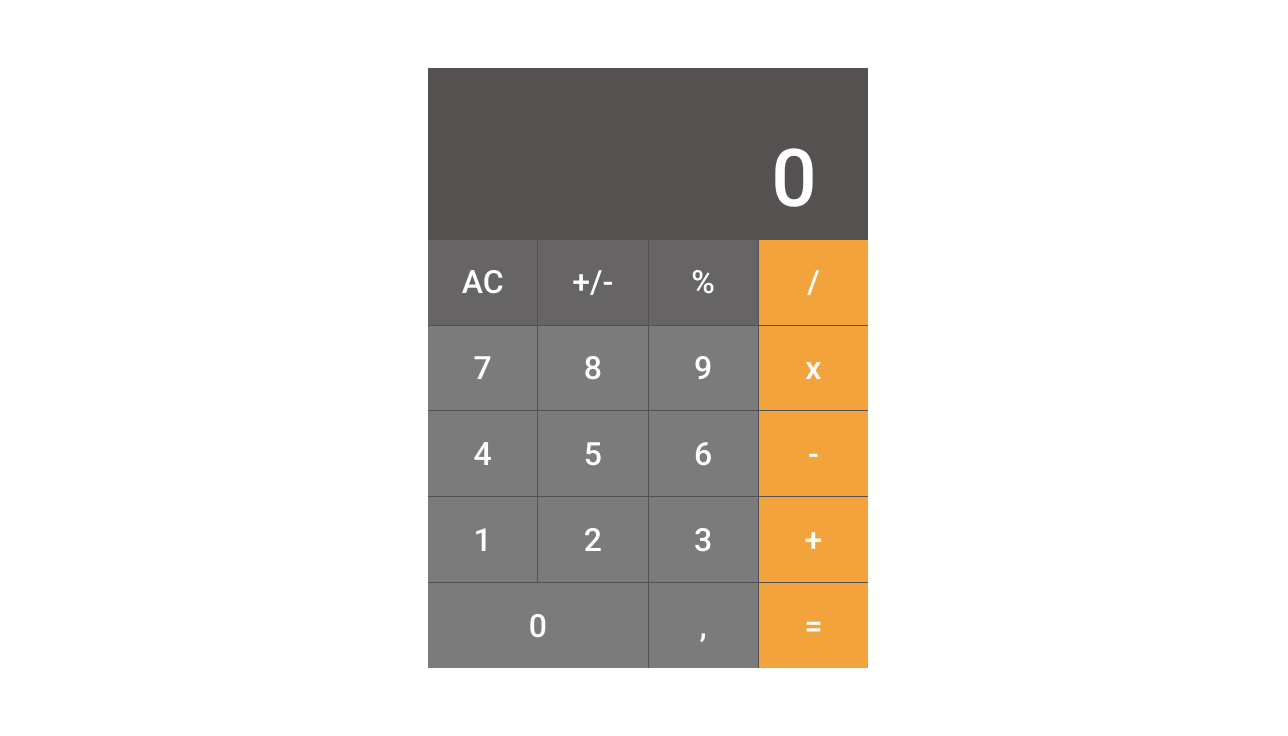
Repository: maciekto/calculatorOOP
Page: index.html
These files come from the project's save history. The page is drawn as it stood at one moment and after the next save; the edit follows.
The browser window is 1280 px wide. The page is 1288 px wide, so the pictures cover 1288 px, including what lies to the right of the window. The pictures show the whole page.

Above is the page before, as saved 2022-07-08 16:59:12.

After the next save:
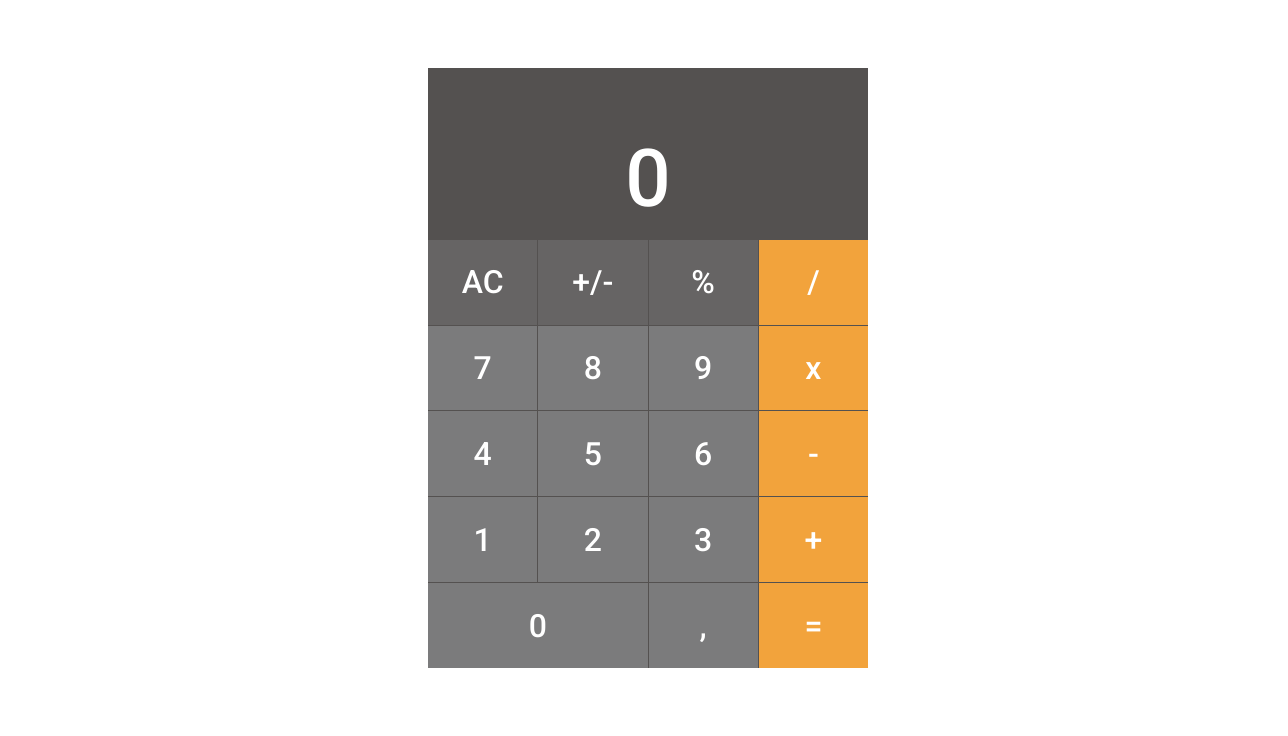
Saved 18 s later.
--- a/css.css
+++ b/css.css
@@ -49,6 +49,7 @@
 }
 .Calc__result__inner {
     padding: 1vw 4vw;
+    width: 100%;
 
 
     background: #545150 !important;

After the save that followed:
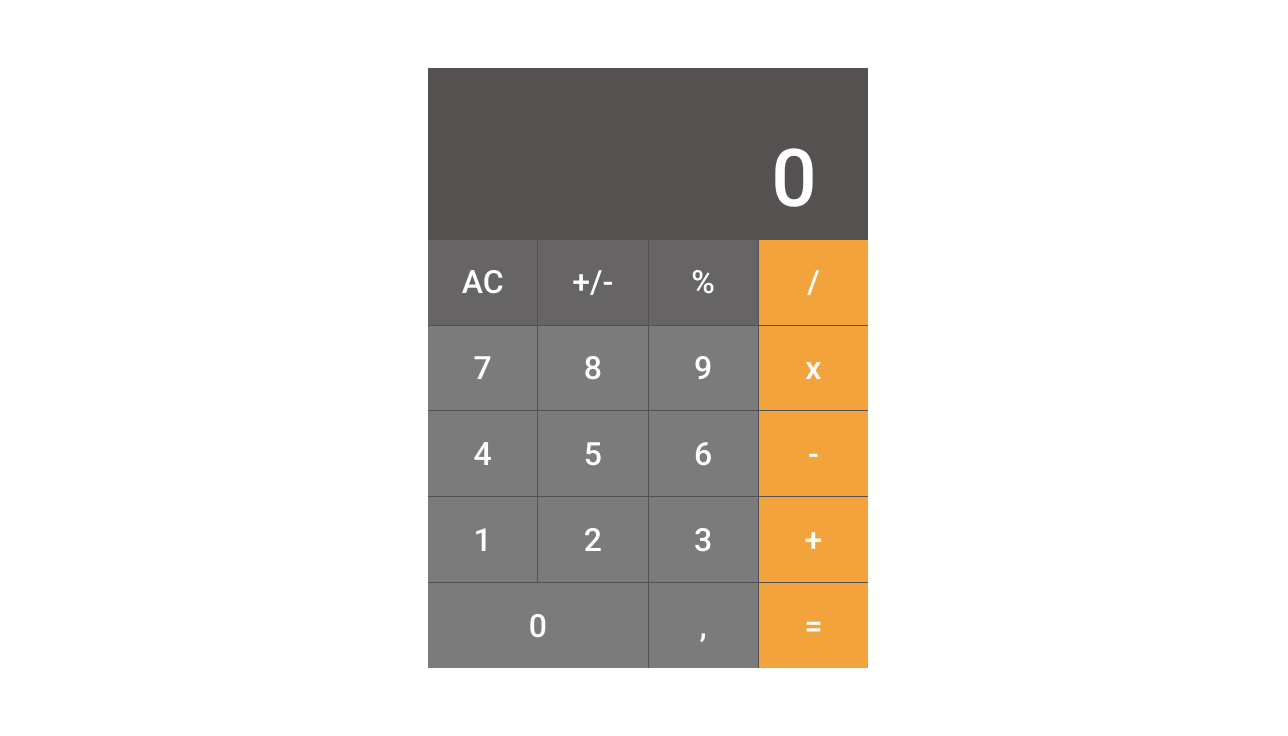
Saved 12 s later.
--- a/css.css
+++ b/css.css
@@ -50,6 +50,9 @@
 .Calc__result__inner {
     padding: 1vw 4vw;
     width: 100%;
+    display: flex;
+    align-items: flex-end;
+    justify-content: flex-end;
 
 
     background: #545150 !important;
